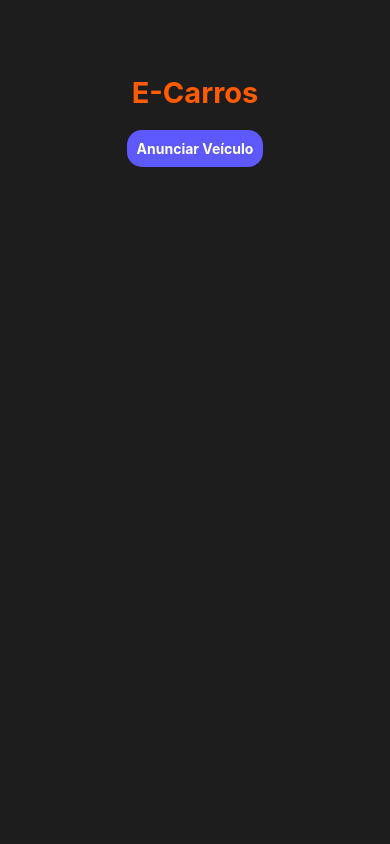
Repository: Matheus904-12/OpenAI---1
Screen: / (app in E-CARROS/)
The author's editor kept a copy of each file at every save. The screen is drawn from the files as they stood at one save, then again after the next save.
The app was drawn by React Native's web renderer in a window 390 px wide. The project was rebuilt for these pictures with package versions that can differ from the ones it lists, and the page was loaded fresh each time.

Above is the screen before, as saved 2024-04-24 20:50:23.

After the next save:
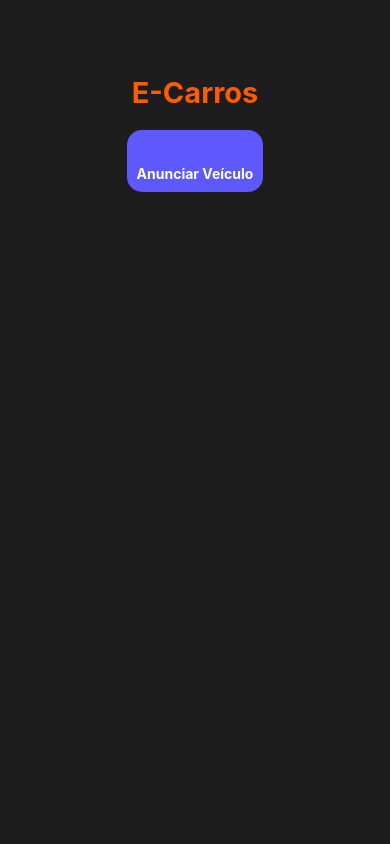
Saved 86 s later.
--- a/E-CARROS/App.tsx
+++ b/E-CARROS/App.tsx
@@ -179,6 +179,7 @@ const styles = StyleSheet.create({
     padding: 10,
     borderRadius: 15,
     marginBottom: 20,
+    paddingTop: 35,
   },
   addButtonText: {
     color: 'white',
